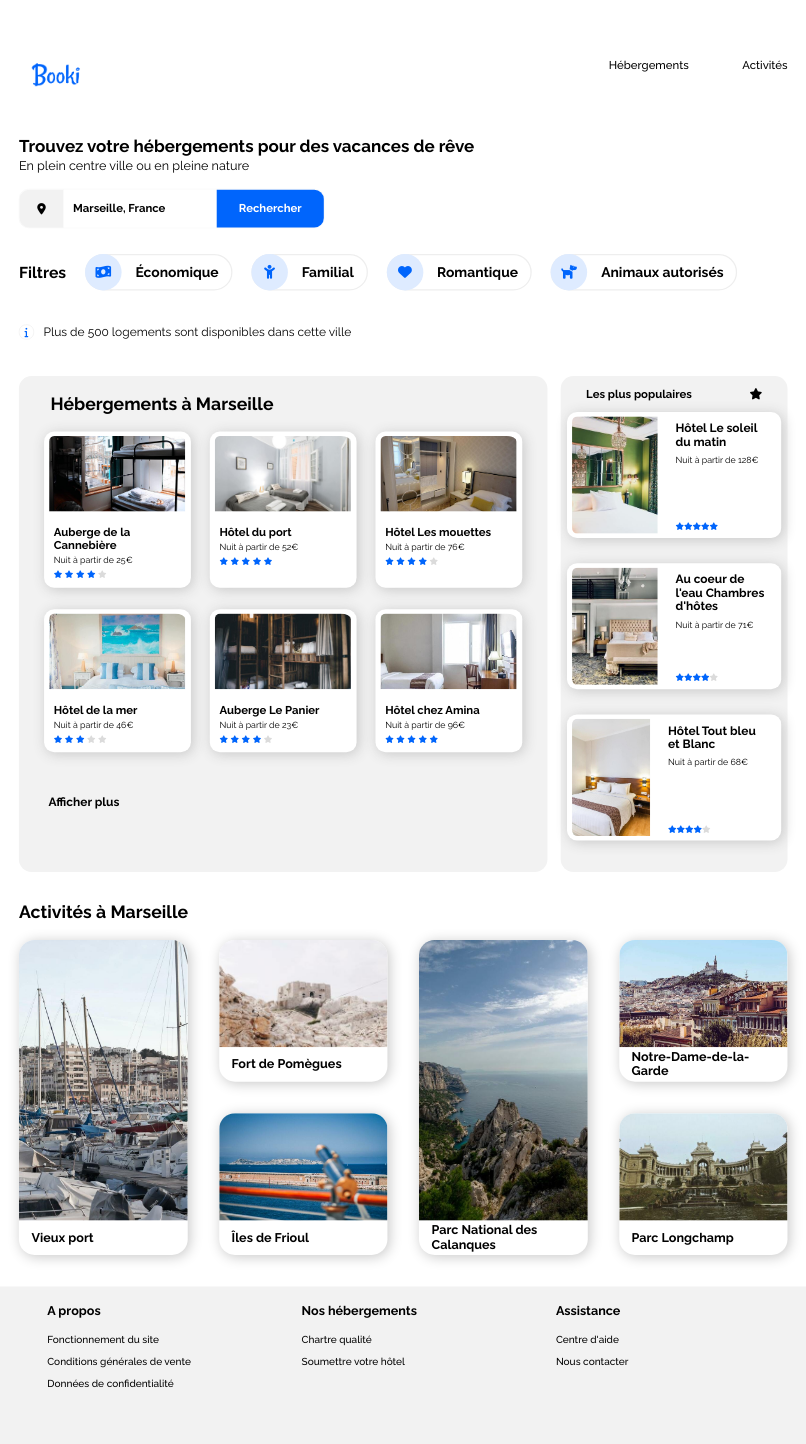
Repository: leandroBarbosaFR/booki
Page: index.html
The author's editor kept a copy of each file at every save. The page is drawn from the files as they stood at one save, then again after a run of saves.
The browser window is 1280 px wide. The pictures show the whole page, at 63% of full size.

Above is the page before, as saved 2022-07-22 15:29:55.

After the next 2 saves:
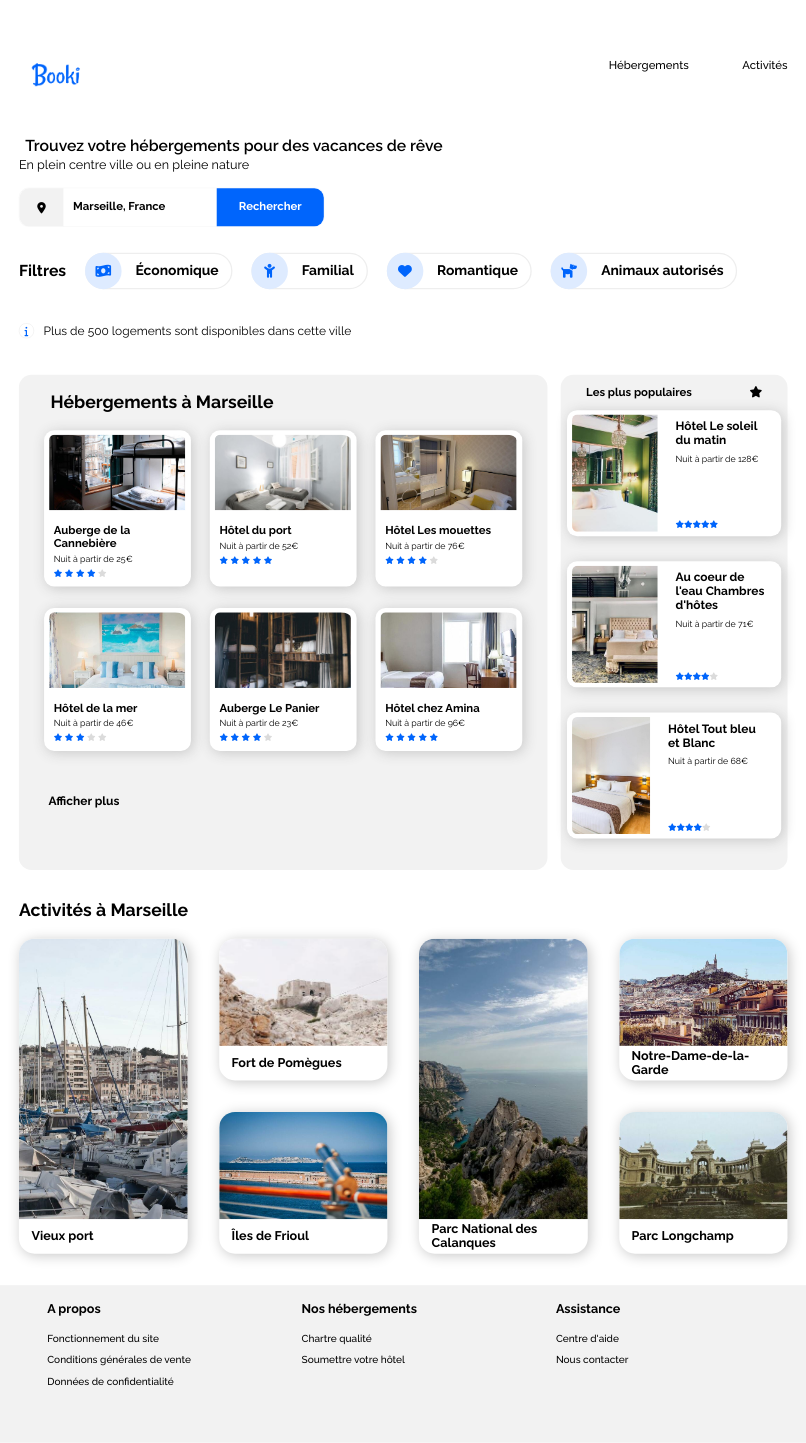
The 2 saves are shown as one change because they came seconds apart.
The last was saved 2 min 59 s later.
--- a/css/style.css
+++ b/css/style.css
@@ -55,10 +55,12 @@
 }
 
 .trouvez {
-  font-weight: 700;
-  font-size: 27px;
+  font-weight: 600;
+  font-size: 25px;
   margin-bottom: 5px;
   margin-top: 40px;
+  margin-left: 10px;
+  margin-right: 10px;
 }
 
 .centre {
